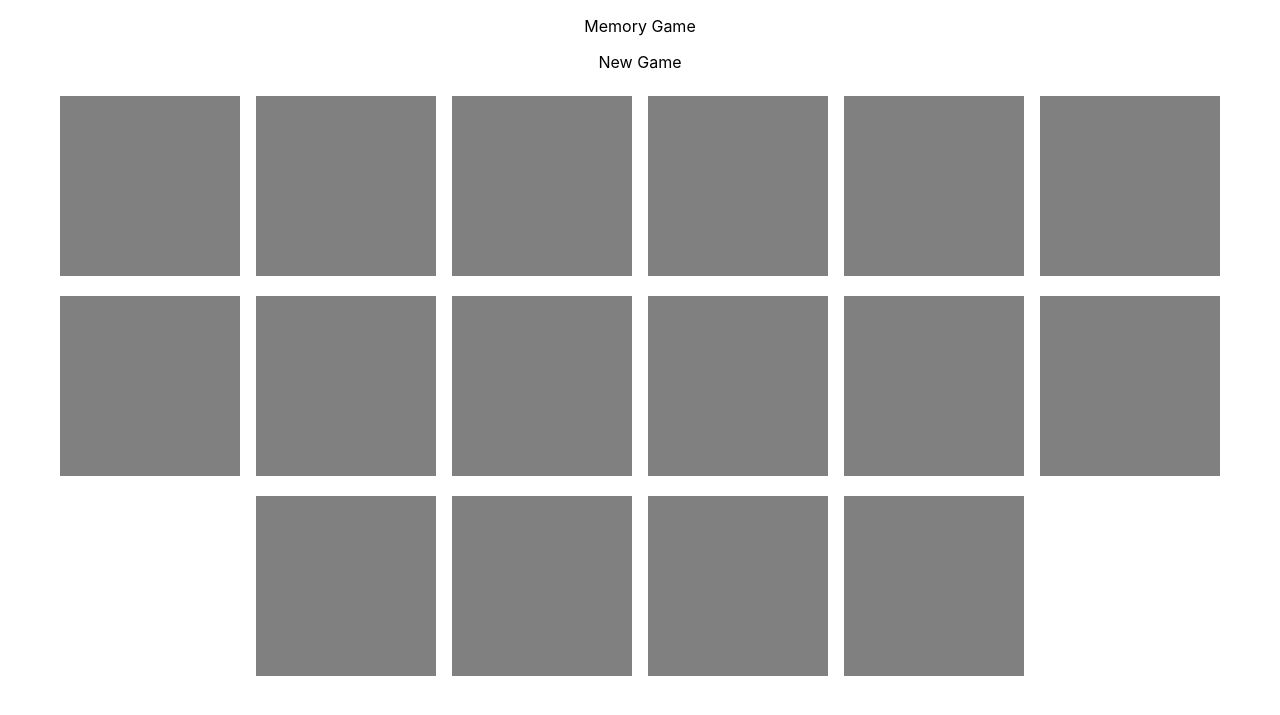
Repository: sokafootball/memory_game
Page: /
An editor plug-in stored every save of this project. The page is shown before and after the next save, followed by the edit.
The browser window is 1280 px wide. The pictures show the whole page.
The project was rebuilt for these pictures with package versions that can differ from the ones it lists, and the page was loaded fresh each time. Also part of the build but not shown: src/Game.js, src/Navbar.css.

Above is the page before, as saved 2019-01-21 10:49:31.

After the next save:
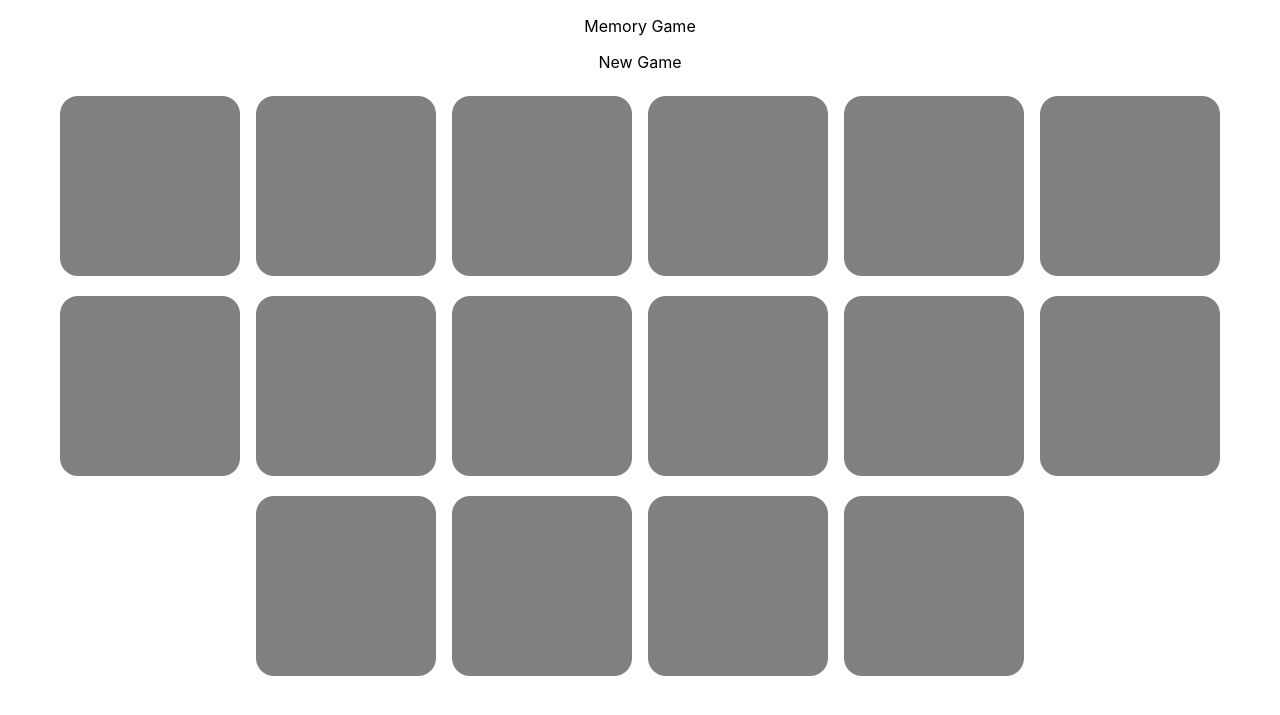
Saved 23 s later.
--- a/src/Card.css
+++ b/src/Card.css
@@ -4,4 +4,5 @@
   height: 180px;
   display: inline-block;
   background: grey;
+  border-radius: 10%;
 }
